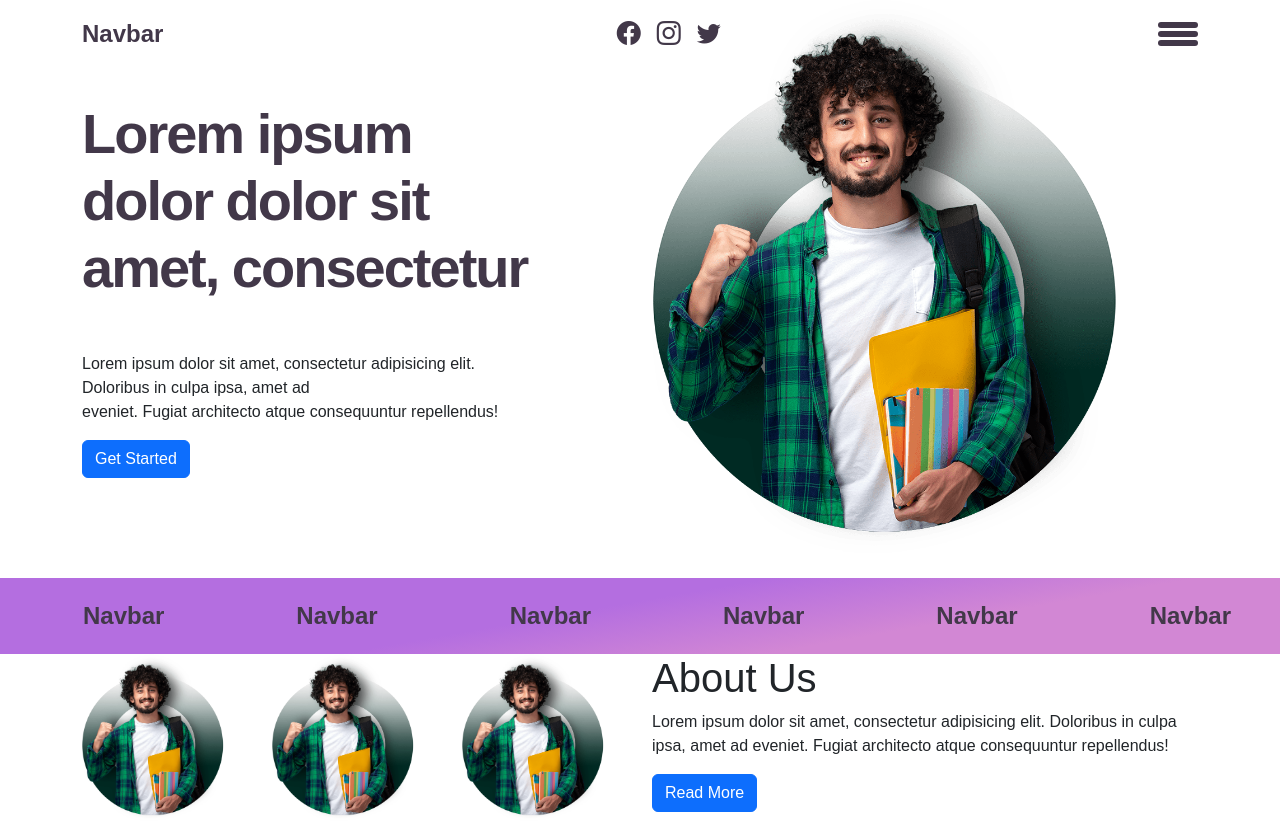
Repository: tagnam/project27012025
Page: index.html
These files come from the project's save history. The page is drawn as it stood at one moment and after the next save; the edit follows.
The browser window is 1280 px wide. The pictures show the whole page.

Above is the page before, as saved 2025-01-27 16:17:58.

### index.html
<!DOCTYPE html>
<html lang="en">
<head>
    <meta charset="UTF-8">
    <meta name="viewport" content="width=device-width, initial-scale=1.0">
    <link href="https://cdn.jsdelivr.net/npm/bootstrap@5.3.3/dist/css/bootstrap.min.css" rel="stylesheet" integrity="sha384-QWTKZyjpPEjISv5WaRU9OFeRpok6YctnYmDr5pNlyT2bRjXh0JMhjY6hW+ALEwIH" crossorigin="anonymous">
    <link rel="stylesheet" href="style/css/index.css">
    <link rel="stylesheet" href="style/css/animation.css">
    <link rel="stylesheet" href="style/css/responsive.css">
    <title>project27012025</title>
</head>
<body>
<header>
    <!-- --------------------------------------------start nav bar ------------------------------->
    <nav class="navbar navbar-expand-lg custom-nav">
        <div class="container">
          <div class="collapse navbar-collapse justify-content-between" id="navbarSupportedContent">
            <a class="navbar-brand" href="#">Navbar</a>
            <ul class="navbar-nav  ">

              <li class="nav-item">
                <a class="nav-link" href="#"><i class="bi bi-facebook"></i></a>
              </li>
              <li class="nav-item">
                <a class="nav-link" href="#"><i class="bi bi-instagram"></i></a>
              </li>
              <li class="nav-item">
                <a class="nav-link" href="#"><i class="bi bi-twitter"></i></a>
              </li>
            </ul>
            <div class="d-flex">
               <div class="menu-container" type="button" data-bs-toggle="offcanvas" data-bs-target="#offcanvasExample" aria-controls="offcanvasExample">
                <span class="span-menu-01 menu-icon"></span>
                <span class="span-menu-02 menu-icon"></span>
                <span class="span-menu-03 menu-icon"></span>
            </div>
            </div>
          </div>
        </div>
      </nav>

      <!-- ------------------------------start offcanvas ---------------------------------------->
      <div class="offcanvas offcanvas-start " tabindex="-1" id="offcanvasExample" aria-labelledby="offcanvasExampleLabel">
        <div class="offcanvas-header">
          <h5 class="offcanvas-title" id="offcanvasExampleLabel">Offcanvas</h5>
          <button type="button" class="btn-close text-reset" data-bs-dismiss="offcanvas" aria-label="Close"></button>
        </div>
        <div class="offcanvas-body">
          <div>
            Some text as placeholder. In real life you can have the elements you have chosen. Like, text, images, lists, etc.
          </div>
          <div class="dropdown mt-3">
            <button class="btn btn-secondary dropdown-toggle" type="button" id="dropdownMenuButton" data-bs-toggle="dropdown">
              Dropdown button
            </button>
            <ul class="dropdown-menu" aria-labelledby="dropdownMenuButton">
              <li><a class="dropdown-item" href="#">Action</a></li>
              <li><a class="dropdown-item" href="#">Another action</a></li>
              <li><a class="dropdown-item" href="#">Something else here</a></li>
            </ul>
          </div>
        </div>
      </div>
       <!-- -----------------------------end offcanvas ------------------------------------------->
      <!------------------------------------------------ end navbar ----------------------------->


</header>
<section class="hero-section">
    <div  class="container" style="height: 100%;">
        <div class="row" >
            <div class="col-lg-6 col-md-6 col-sm-12">
                <div class="banner-content ">
                    <h1>Lorem ipsum dolor  dolor sit amet, consectetur </h1>
                    <p>Lorem ipsum dolor sit amet, consectetur adipisicing elit. Doloribus in culpa ipsa, amet ad<br> eveniet. Fugiat architecto atque consequuntur repellendus!</p>
                    <button class="btn btn-primary">Get Started</button>
                </div>
            </div>
            <div class="col-lg-6 col-md-6 col-sm-12">
                <div class="banner-img d-flex justify-content-end">
                    <img src="image/hero-banner-01.webp" class="w-100" alt="">

            </div>

        </div>
    </div>
    <!-- <div class="row">
        <div class="col-lg-6 col-md-6 col-sm-12 d-flex justify-content-start">
            <div class="banner-btn">
                <a class="btn custom-btn btn-outline-success"> Get Started </a>
            </div>
        </div>
        <div class="col-lg-6 col-md-6 col-sm-12 d-flex justify-content-end">
             <div class="banner-footer-text">
                <p>Lorem ipsum dolor sit amet <br>consectetur adipisicing elit. Numquam, vel.</p>
             </div>

    </div>
 </div> -->
  </section>


<section class="client-section">
    <div class="container-fluid">
       <div class="row  row-cols-3 row-cols-md-6 g-4">
        <div class="col client-logo">
            <a class="navbar-brand w-25" href="#">Navbar</a>
        </div>
        <div class="col client-logo">
            <a class="navbar-brand w-25" href="#">Navbar</a>
        </div>
        <div class="col client-logo">
            <a class="navbar-brand w-25" href="#">Navbar</a>
        </div>
        <div class="col client-logo">
            <a class="navbar-brand w-25" href="#">Navbar</a>
        </div>
        <div class="col client-logo">
            <a class="navbar-brand w-25" href="#">Navbar</a>
        </div>
        <div class="col client-logo">
            <a class="navbar-brand w-25" href="#">Navbar</a>
        </div>

    </div>
    </div>
</section>

<section>
    <div class="container">
        <div class="row">
            <div class="col-lg-6 col-md-6 col-sm-12">
                <div class="row">
                    <div class="col">
                        <div class="img">
                            <img src="image/hero-banner-01.webp" class="w-100" alt="">
                        </div>
                    </div>
                    <div class="col">
                        <div class="img">
                            <img src="image/hero-banner-01.webp" class="w-100" alt="">
                        </div>
                    </div>
                    <div class="col">
                        <div class="img">
                            <img src="image/hero-banner-01.webp" class="w-100" alt="">
                        </div>
                    </div>
                </div>
            </div>
            <div class="col-lg-6 col-md-6 col-sm-12">
                <div class="about-content">
                    <h1>About Us</h1>
                    <p>Lorem ipsum dolor sit amet, consectetur adipisicing elit. Doloribus in culpa ipsa, amet ad eveniet. Fugiat architecto atque consequuntur repellendus!</p>
                    <button class="btn btn-primary">Read More</button>
                </div>
            </div>

        </div>
    </div>
</section>
<script src="https://cdn.jsdelivr.net/npm/bootstrap@5.3.3/dist/js/bootstrap.bundle.min.js" integrity="sha384-YvpcrYf0tY3lHB60NNkmXc5s9fDVZLESaAA55NDzOxhy9GkcIdslK1eN7N6jIeHz" crossorigin="anonymous"></script>
<script src="style/js/custom.js"></script>
</body>
</html>

### style/css/index.css
@import url("https://cdn.jsdelivr.net/npm/bootstrap-icons@1.11.3/font/bootstrap-icons.min.css");

*{
 margin: 0;
padding: 0;
box-sizing: border-box;
}

:root{
    --dark-color:#423849;
    --semi-dark-color:#b46ee0;
    --light-color:#d287d4;
    --white-color:#fff;
    --main-heading-font-size: 3.5rem;
    --subheading-font-size: 2rem;
    --paragraph-font-size: 1rem;


}


body{
    font-family: 'Poppins', sans-serif;


}

header{
    position: fixed;
    top: 0;
    z-index: 1000;
width: 100%;
}

.navbar-brand{
    font-size: 1.5rem;
    font-weight: 800;
    color: var(--dark-color);
}

.menu-icon{
    display: block;
    width: 40px;
    height: 6px;
    background-color: var(--dark-color);
    margin: 3px auto;
    border-radius: 20px;
    cursor: pointer;
}


.nav-link .bi{
    font-size: 1.5rem;
    color: var(--dark-color);
}

.banner-content{
    margin: 100px auto;
    padding-right: 100px;
}

.banner-content h1{
    color: var(--dark-color);
    font-weight: 800;
    /* font-size: 55px; */
    font-size: var(--main-heading-font-size);
    letter-spacing: -2px;
    margin: 50px 0px;
}
/* .hero-section{
   background-image: url(/image/business-banner.jpg);
    background-size: cover;
    background-position: center;
    height: 100vh;
} */

.banner-footer-text p{
    color: var(--dark-color);

}


.client-section{
    background: linear-gradient(-190deg, rgba(180,110,224,1) 45%, rgba(210,135,212,1) 70%);
    padding: 20px 0px;
    overflow: hidden;
}

.client-logo{
    display: flex;
    justify-content: center;
    align-items: center;
    flex-wrap: wrap;
    color: var(--white-color);
}

Loaded but not shown: style/js/custom.js (no copy from this time; the picture is the same without it); style/css/animation.css (no stored copy; drawn as an empty file); style/css/responsive.css (no stored copy; drawn as an empty file)

After the next save:
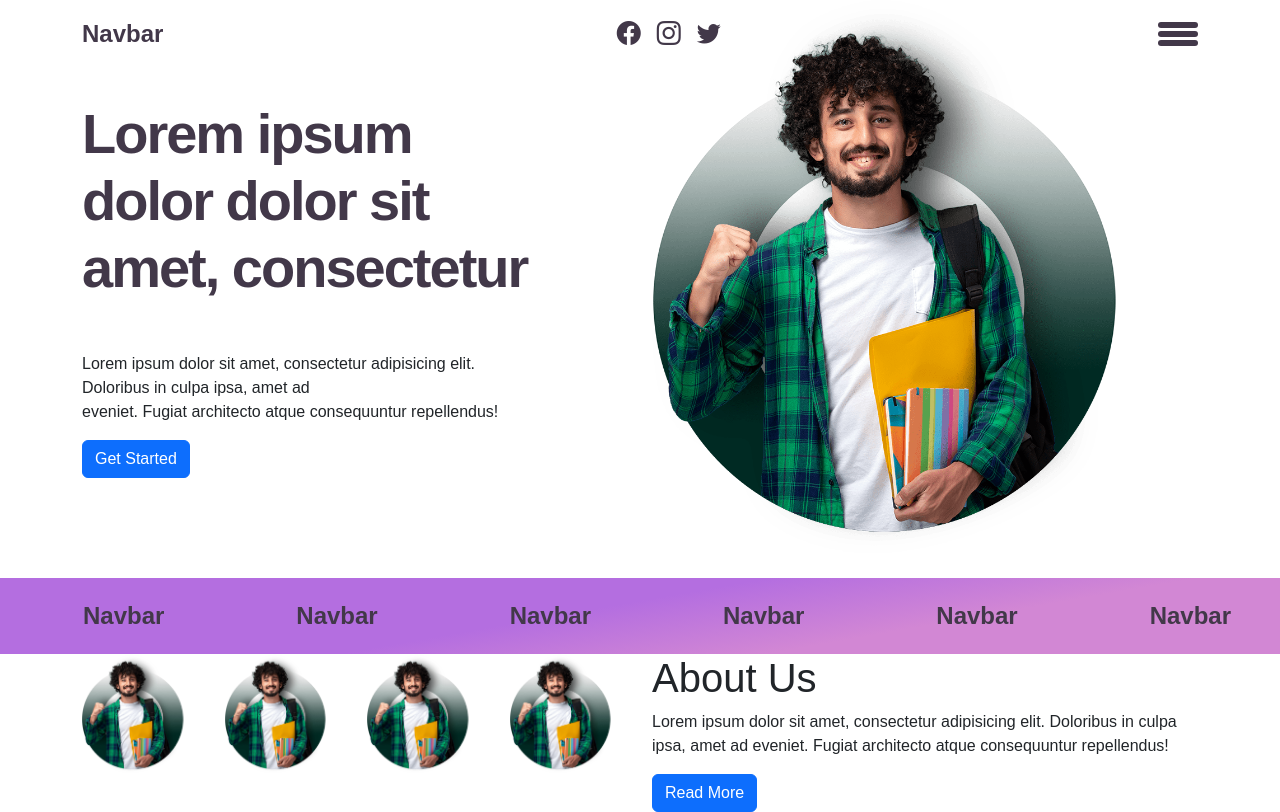
Saved 6 s later.
--- a/index.html
+++ b/index.html
@@ -146,6 +146,11 @@
                             <img src="image/hero-banner-01.webp" class="w-100" alt="">
                         </div>
                     </div>
+                    <div class="col">
+                        <div class="img">
+                            <img src="image/hero-banner-01.webp" class="w-100" alt="">
+                        </div>
+                    </div>
                 </div>
             </div>
             <div class="col-lg-6 col-md-6 col-sm-12">
